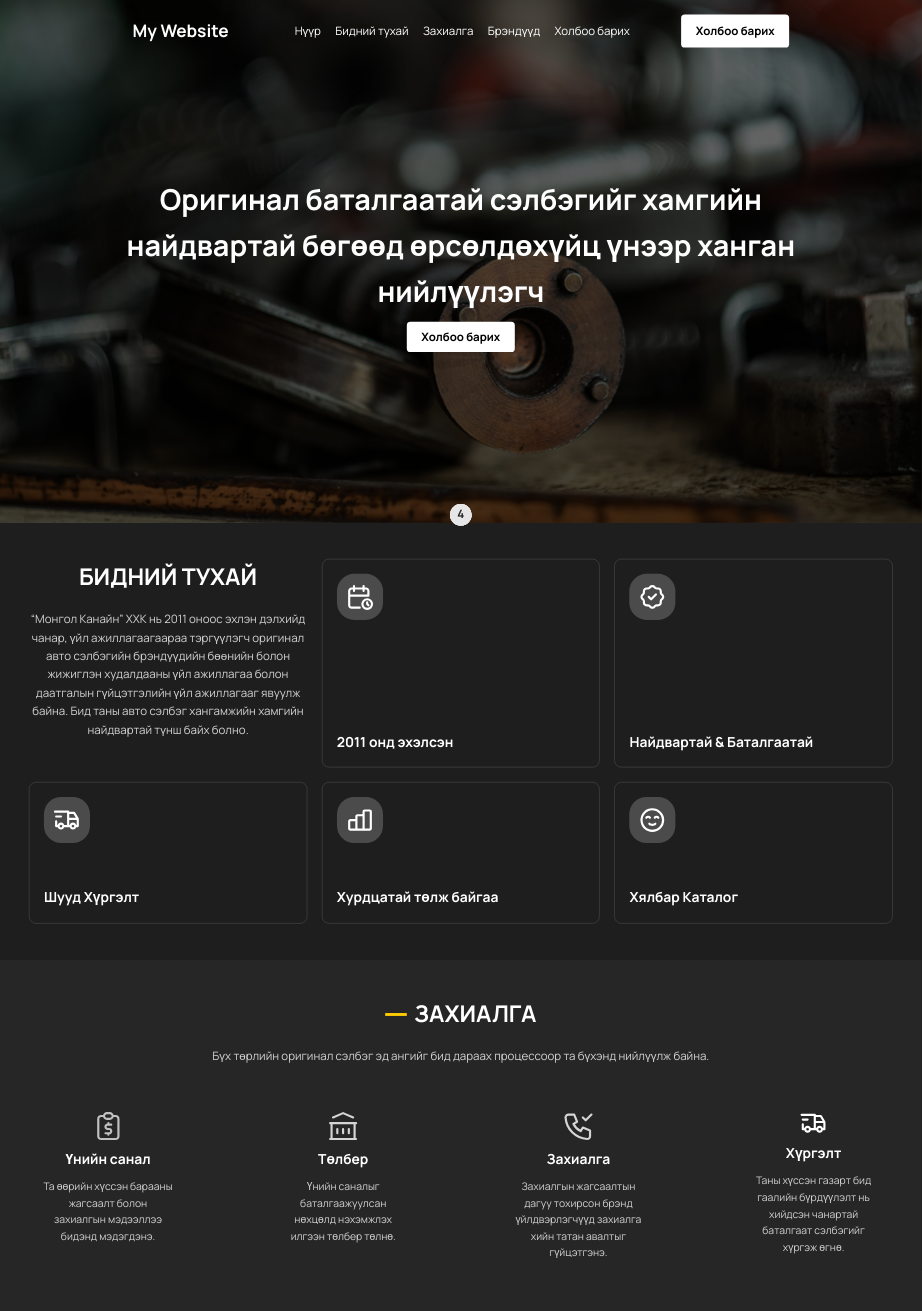
Repository: temuujinnn/mongol_kanain
Page: index.html
An editor plug-in stored every save of this project. The page is shown before and after the next save, followed by the edit.
The browser window is 1280 px wide. The pictures show the whole page, at 72% of full size.

Above is the page before, as saved 2024-08-22 18:12:36.

After the next save:
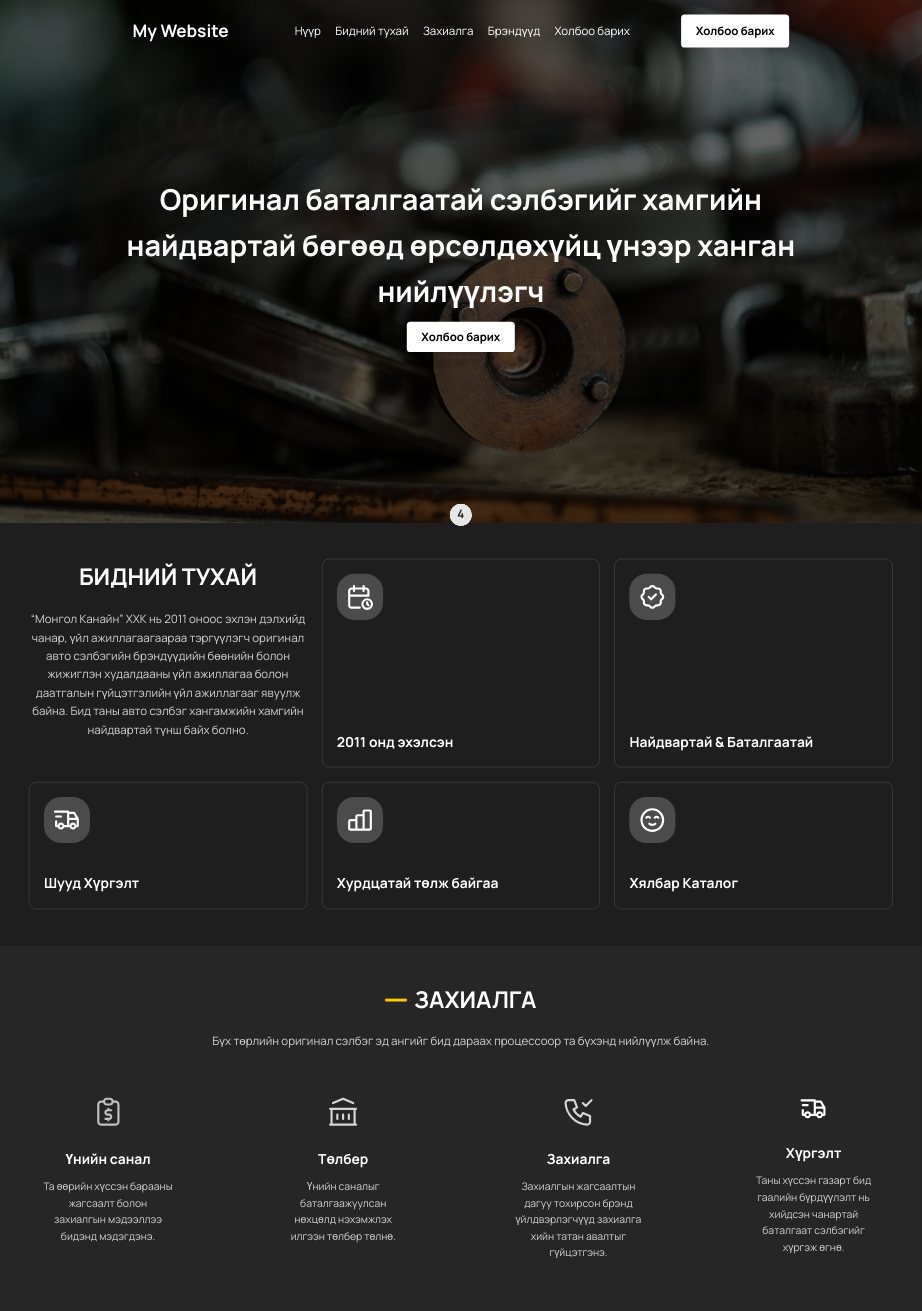
Saved 8 s later.
--- a/style.css
+++ b/style.css
@@ -251,7 +251,7 @@
     max-width: 220px;
 }
 
-.icon {
+.stepicon {
     margin-bottom: 20px;
     position: relative;
 }
